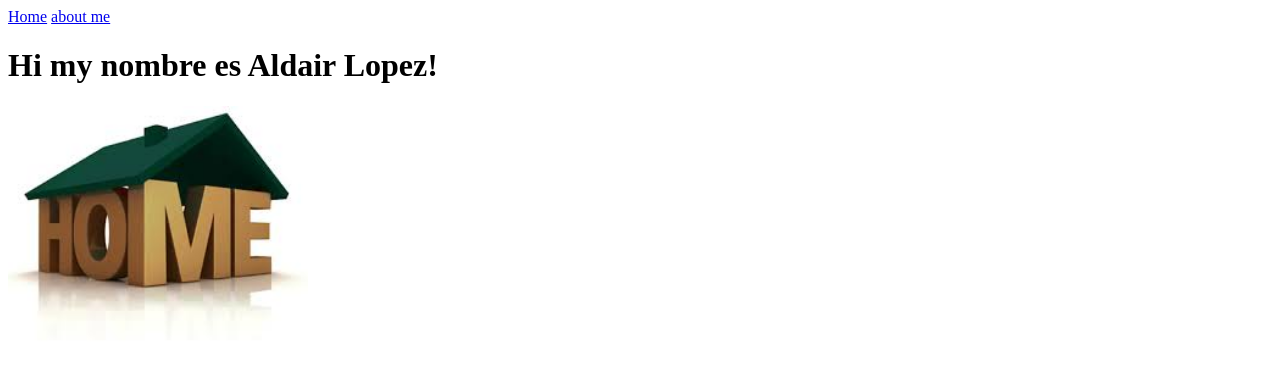
Repository: alopez2019/alopez2019.github.io
Page: my_website/index.html
The author's editor kept a record of every edit. The page is drawn from the files as they stood at one moment, then again after the next edit.
The browser window is 1280 px wide. The pictures show the whole page.

Above is the page before.

### my_website/index.html
<!doctype html>
<html lang="en">
  <head>
    <meta charset="utf-8">
    <title>About me</title>
  </head>
  <body>
    <a href="index.html">Home</a>
    <a href="portfolio.html">about me</a>
    <h1>Hi my nombre es Aldair Lopez!</h1>
    <img src="images/home.jpg" height="250">
  </body>
</html>

After the next edit:
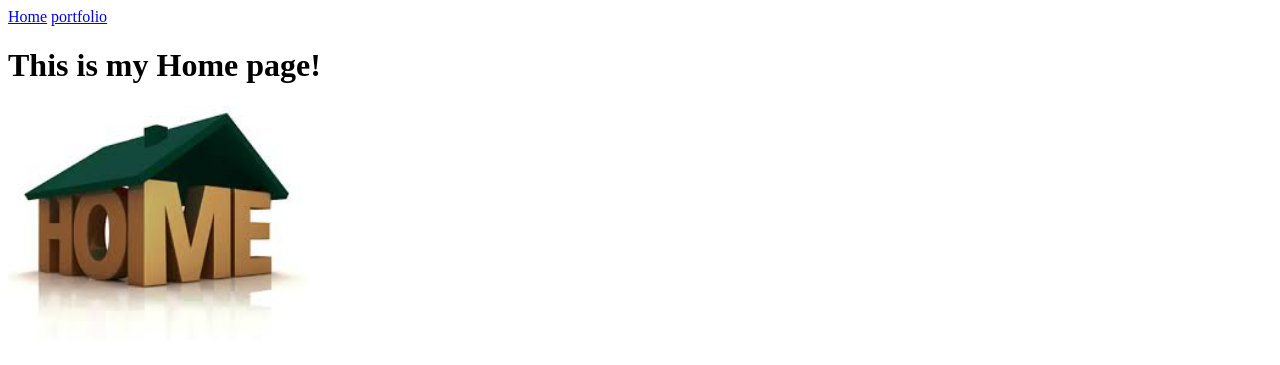
The edit:
--- a/my_website/index.html
+++ b/my_website/index.html
@@ -6,8 +6,8 @@
   </head>
   <body>
     <a href="index.html">Home</a>
-    <a href="portfolio.html">about me</a>
-    <h1>Hi my nombre es Aldair Lopez!</h1>
+    <a href="portfolio.html">portfolio</a>
+    <h1>This is my Home page!</h1>
     <img src="images/home.jpg" height="250">
   </body>
 </html>
